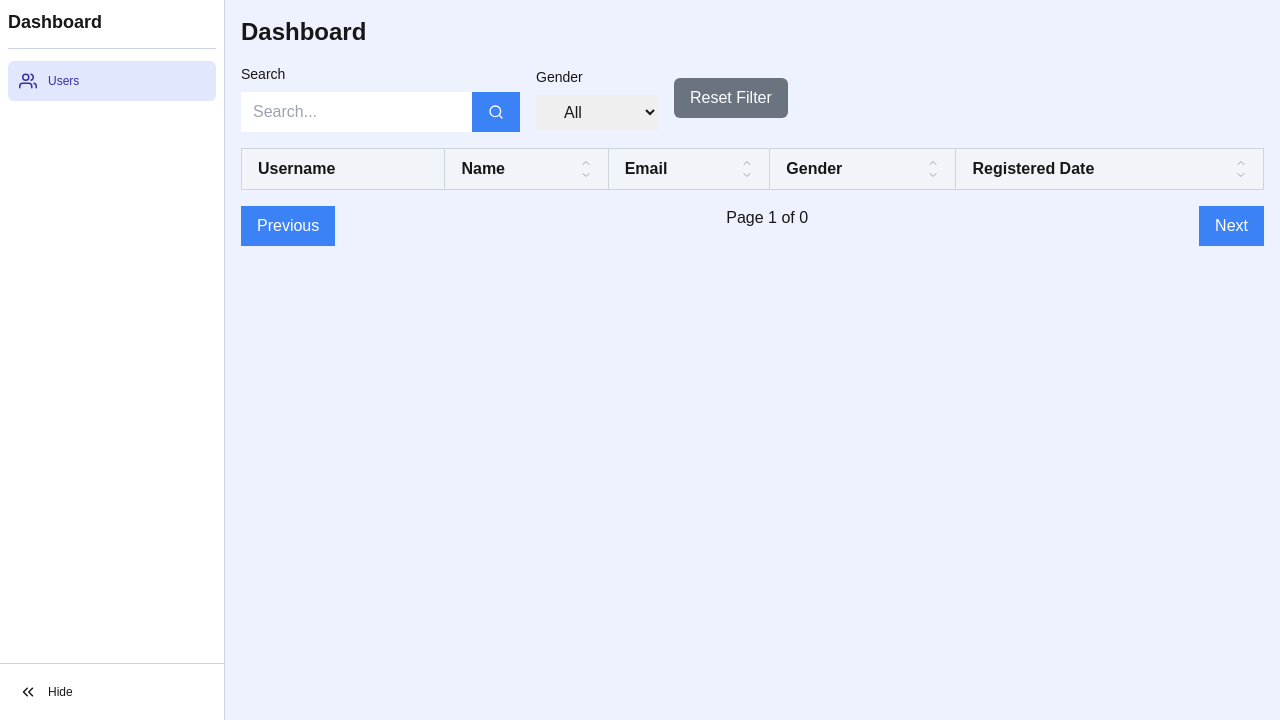
Repository: Ademaulana100499/userdashboard
Page: /
An editor plug-in stored every save of this project. The page is shown before and after the next save, followed by the edit.
The browser window is 1280 px wide. The pictures show the whole page.
The page's requests for data from a server got no answer. The project was rebuilt for these pictures with package versions that can differ from the ones it lists, and the page was loaded fresh each time. The framework's server and built-in components were replaced by stand-ins that run in the browser. No one was signed in, and anything a server would have sent is missing. Also part of the build but not shown: next.config.mjs.

Above is the page before, as saved 2025-02-14 21:57:36.

### src/pages/index.js
import React from "react";
import Sidebar from "@/components/Sidebar";
import DashboardContent from "@/components/DashboardContent";
const Dashboard = () => {
  return (
    <div className="flex bg-indigo-50">
      <Sidebar />
      <DashboardContent />
    </div>
  );
};

export default Dashboard;

### src/components/Sidebar.jsx
import React, { useState } from "react";
import { FiChevronsRight, FiUsers } from "react-icons/fi";
import { motion } from "framer-motion";
const Sidebar = () => {
  const [open, setOpen] = useState(true);
  const [selected, setSelected] = useState("Users");

  return (
    <motion.nav
      layout
      className="sticky top-0 h-screen shrink-0 border-r border-slate-300 bg-white p-2"
      style={{
        width: open ? "225px" : "fit-content",
      }}>
      <TitleSection open={open} />

      <div className="space-y-1">
        <Option
          Icon={FiUsers}
          title="Users"
          selected={selected}
          setSelected={setSelected}
          open={open}
        />
      </div>

      <ToggleClose open={open} setOpen={setOpen} />
    </motion.nav>
  );
};

const Option = ({ Icon, title, selected, setSelected, open, notifs }) => {
  return (
    <motion.button
      layout
      onClick={() => setSelected(title)}
      className={`relative flex h-10 w-full items-center rounded-md transition-colors ${
        selected === title
          ? "bg-indigo-100 text-indigo-800"
          : "text-slate-500 hover:bg-slate-100"
      }`}>
      <motion.div
        layout
        className="grid h-full w-10 place-content-center text-lg">
        <Icon />
      </motion.div>
      {open && (
        <motion.span
          layout
          initial={{ opacity: 0, y: 12 }}
          animate={{ opacity: 1, y: 0 }}
          transition={{ delay: 0.125 }}
          className="text-xs font-medium">
          {title}
        </motion.span>
      )}

      {notifs && open && (
        <motion.span
          initial={{ scale: 0, opacity: 0 }}
          animate={{
            opacity: 1,
            scale: 1,
          }}
          style={{ y: "-50%" }}
          transition={{ delay: 0.5 }}
          className="absolute right-2 top-1/2 size-4 rounded bg-indigo-500 text-xs text-white">
          {notifs}
        </motion.span>
      )}
    </motion.button>
  );
};

const TitleSection = ({ open }) => {
  return (
    <div className="mb-3 border-b border-slate-300 pb-3">
      <div className="flex cursor-pointer items-center justify-between rounded-md transition-colors hover:bg-slate-100">
        <div className="flex justify-center items-center">
          {open && (
            <motion.div
              layout
              initial={{ opacity: 0, y: 12 }}
              animate={{ opacity: 1, y: 0 }}
              transition={{ delay: 0.125 }}>
              <span className="block text-lg font-semibold">Dashboard</span>
            </motion.div>
          )}
        </div>
      </div>
    </div>
  );
};

const ToggleClose = ({ open, setOpen }) => {
  return (
    <motion.button
      layout
      onClick={() => setOpen((pv) => !pv)}
      className="absolute bottom-0 left-0 right-0 border-t border-slate-300 transition-colors hover:bg-slate-100">
      <div className="flex items-center p-2">
        <motion.div
          layout
          className="grid size-10 place-content-center text-lg">
          <FiChevronsRight
            className={`transition-transform ${open && "rotate-180"}`}
          />
        </motion.div>
        {open && (
          <motion.span
            layout
            initial={{ opacity: 0, y: 12 }}
            animate={{ opacity: 1, y: 0 }}
            transition={{ delay: 0.125 }}
            className="text-xs font-medium">
            Hide
          </motion.span>
        )}
      </div>
    </motion.button>
  );
};

export default Sidebar;

### src/components/DashboardContent.jsx
import { FiChevronUp, FiChevronDown } from "react-icons/fi";
import { useState, useEffect } from "react";
import { FiSearch } from "react-icons/fi";

const DashboardContent = () => {
  const [data, setData] = useState([]);
  const [filteredData, setFilteredData] = useState([]); // For filtered data
  const [sortConfig, setSortConfig] = useState({ key: null, direction: null });
  const [selectedGender, setSelectedGender] = useState("all"); // Gender filter state
  const [searchKeyword, setSearchKeyword] = useState(""); // For search keyword
  const [currentPage, setCurrentPage] = useState(1); // Track current page
  const itemsPerPage = 5; // Number of items to display per page

  const fetchData = async () => {
    try {
      const response = await fetch(`https://randomuser.me/api/?results=10`);
      const result = await response.json();
      setData(result.results);
      setFilteredData(result.results); // Initialize filteredData with all data
    } catch (error) {
      console.error("Error fetching data:", error);
    }
  };

  useEffect(() => {
    fetchData();
  }, []);

  const handleSort = (key) => {
    let direction = "asc";
    if (sortConfig.key === key && sortConfig.direction === "asc") {
      direction = "desc";
    }
    setSortConfig({ key, direction });

    setFilteredData((prevData) =>
      [...prevData].sort((a, b) => {
        const valueA = getNestedValue(a, key);
        const valueB = getNestedValue(b, key);

        if (valueA < valueB) return direction === "asc" ? -1 : 1;
        if (valueA > valueB) return direction === "asc" ? 1 : -1;
        return 0;
      })
    );
  };

  const handleSearch = () => {
    // Filter data based on searchKeyword only when the search button is clicked
    const filtered = data.filter((user) =>
      `${user.name.first} ${user.name.last}`
        .toLowerCase()
        .includes(searchKeyword.toLowerCase())
    );
    setFilteredData(filtered);
  };

  const handleGenderFilter = (gender) => {
    setSelectedGender(gender);
    if (gender === "all") {
      setFilteredData(data); // Show all data if "All" is selected
    } else {
      const filtered = data.filter((user) => user.gender === gender);
      setFilteredData(filtered); // Filter based on selected gender
    }
  };

  const handleResetFilter = () => {
    // Reset filters
    setSelectedGender("all");
    setSearchKeyword("");
    setFilteredData(data); // Reset filtered data to the original
  };

  const getNestedValue = (obj, path) => {
    return path
      .split(".")
      .reduce((acc, key) => (acc && acc[key] ? acc[key] : ""), obj);
  };

  const getSortIconStyle = (key) => {
    return sortConfig.key === key ? "text-black" : "text-gray-400";
  };

  // Paginate the filtered data based on the current page
  const paginateData = (data) => {
    const indexOfLastItem = currentPage * itemsPerPage;
    const indexOfFirstItem = indexOfLastItem - itemsPerPage;
    return data.slice(indexOfFirstItem, indexOfLastItem);
  };

  // Handle page change
  const handlePageChange = (page) => {
    setCurrentPage(page);
  };

  // Calculate total pages based on filtered data
  const totalPages = Math.ceil(filteredData.length / itemsPerPage);

  return (
    <div className="flex-1 p-4">
      <h1 className="text-2xl font-semibold mb-4">Dashboard</h1>
      <div className="flex gap-4 items-center mb-4">
        {/* Search */}
        <div className="flex flex-col  gap-2">
          <label htmlFor="search" className="text-sm">
            Search
          </label>
          <div className="flex items-center">
            <input
              type="text"
              id="search"
              value={searchKeyword}
              onChange={(e) => setSearchKeyword(e.target.value)} // Update search keyword
              placeholder="Search..."
              className=" px-3 py-2"
            />
            <button
              type="button"
              onClick={handleSearch}
              className="bg-blue-500  text-white px-4 py-3  hover:bg-blue-600">
              <FiSearch />
            </button>
          </div>
        </div>

        {/* Gender Filter */}
        <div className="flex flex-col gap-2">
          <label htmlFor="gender" className="text-sm">
            Gender
          </label>
          <select
            name="gender"
            id="gender"
            value={selectedGender}
            onChange={(e) => handleGenderFilter(e.target.value)} // Update gender filter
            className=" px-6 py-2">
            <option value="all">All</option>
            <option value="male">Male</option>
            <option value="female">Female</option>
          </select>
        </div>

        {/* Reset Filter Button */}
        <div className="flex items-center">
          <button
            type="button"
            onClick={handleResetFilter}
            className="bg-gray-500 text-white px-4 py-2 rounded-md hover:bg-gray-600 mt-2 md:mt-0">
            Reset Filter
          </button>
        </div>
      </div>

      <table className="min-w-full table-auto border-collapse border border-slate-300 mt-4">
        <thead>
          <tr className="bg-slate-100">
            <th className="border border-slate-300 px-4 py-2 text-left">
              Username
            </th>
            <th className="border border-slate-300 px-4 py-2 text-left">
              <div className="flex justify-between items-center">
                <span>Name</span>
                <div className="flex flex-col items-center">
                  <FiChevronUp
                    onClick={() => handleSort("name.first")}
                    className={`text-xs cursor-pointer ${getSortIconStyle(
                      "name.first"
                    )}`}
                  />
                  <FiChevronDown
                    onClick={() => handleSort("name.first")}
                    className={`text-xs cursor-pointer ${getSortIconStyle(
                      "name.first"
                    )}`}
                  />
                </div>
              </div>
            </th>
            <th className="border border-slate-300 px-4 py-2 text-left">
              <div className="flex justify-between items-center">
                <span>Email</span>
                <div className="flex flex-col items-center">
                  <FiChevronUp
                    onClick={() => handleSort("email")}
                    className={`text-xs cursor-pointer ${getSortIconStyle(
                      "email"
                    )}`}
                  />
                  <FiChevronDown
                    onClick={() => handleSort("email")}
                    className={`text-xs cursor-pointer ${getSortIconStyle(
                      "email"
                    )}`}
                  />
                </div>
              </div>
            </th>
            <th className="border border-slate-300 px-4 py-2 text-left">
              <div className="flex justify-between items-center">
                <span>Gender</span>
                <div className="flex flex-col items-center">
                  <FiChevronUp
                    onClick={() => handleSort("gender")}
                    className={`text-xs cursor-pointer ${getSortIconStyle(
                      "gender"
                    )}`}
                  />
                  <FiChevronDown
                    onClick={() => handleSort("gender")}
                    className={`text-xs cursor-pointer ${getSortIconStyle(
                      "gender"
                    )}`}
                  />
                </div>
              </div>
            </th>
            <th className="border border-slate-300 px-4 py-2 text-left">
              <div className="flex justify-between items-center">
                <span>Registered Date</span>
                <div className="flex flex-col items-center">
                  <FiChevronUp
                    onClick={() => handleSort("registered.date")}
                    className={`text-xs cursor-pointer ${getSortIconStyle(
                      "registered.date"
                    )}`}
                  />
                  <FiChevronDown
                    onClick={() => handleSort("registered.date")}
                    className={`text-xs cursor-pointer ${getSortIconStyle(
                      "registered.date"
                    )}`}
                  />
                </div>
              </div>
            </th>
          </tr>
        </thead>
        <tbody>
          {paginateData(filteredData).map((user, index) => (
            <tr key={index} className="hover:bg-slate-50">
              <td className="border border-slate-300 px-4 py-2">
                {user.login.username}
              </td>
              <td className="border border-slate-300 px-4 py-2">
                {user.name.title} {user.name.first} {user.name.last}
              </td>
              <td className="border border-slate-300 px-4 py-2">
                {user.email}
              </td>
              <td className="border border-slate-300 px-4 py-2">
                {user.gender}
              </td>
              <td className="border border-slate-300 px-4 py-2">
                {new Date(user.registered.date)
                  .toLocaleString("id-ID", {
                    day: "2-digit",
                    month: "2-digit",
                    year: "numeric",
                    hour: "2-digit",
                    minute: "2-digit",
                  })
                  .replace(",", "")
                  .replace("/", "-")
                  .replace("/", "-")
                  .replace(".", ":")}
              </td>
            </tr>
          ))}
        </tbody>
      </table>

      {/* Pagination controls */}
      <div className="flex justify-between mt-4">
        <button
          onClick={() => handlePageChange(currentPage - 1)}
          disabled={currentPage === 1}
          className="px-4 py-2 bg-blue-500 text-white">
          Previous
        </button>
        <span>
          Page {currentPage} of {totalPages}
        </span>
        <button
          onClick={() => handlePageChange(currentPage + 1)}
          disabled={currentPage === totalPages}
          className="px-4 py-2 bg-blue-500 text-white">
          Next
        </button>
      </div>
    </div>
  );
};

export default DashboardContent;

Loaded but not shown: src/pages/_app.js (common file); src/pages/_document.js (common file); src/styles/globals.css (common file); tailwind.config.mjs (common file)

After the next save:
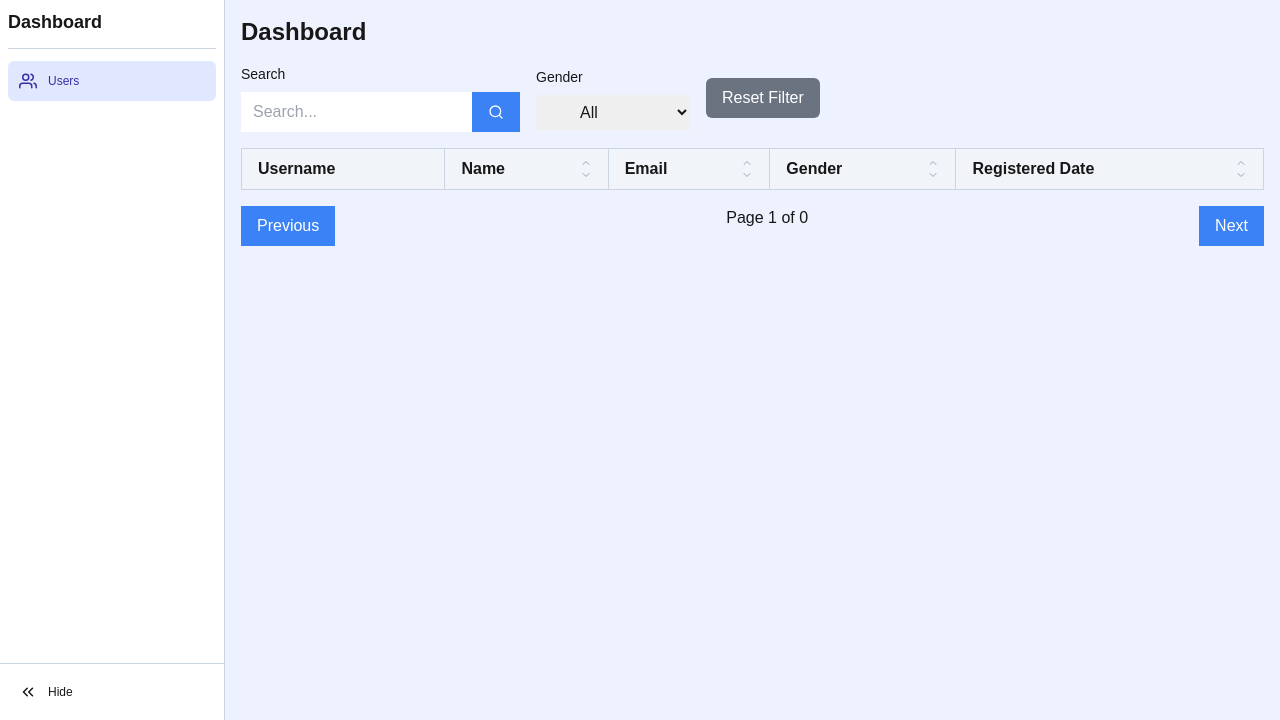
Saved 35 s later.
--- a/src/components/DashboardContent.jsx
+++ b/src/components/DashboardContent.jsx
@@ -134,7 +134,7 @@ const DashboardContent = () => {
             id="gender"
             value={selectedGender}
             onChange={(e) => handleGenderFilter(e.target.value)} // Update gender filter
-            className=" px-6 py-2">
+            className=" px-10 py-2">
             <option value="all">All</option>
             <option value="male">Male</option>
             <option value="female">Female</option>
